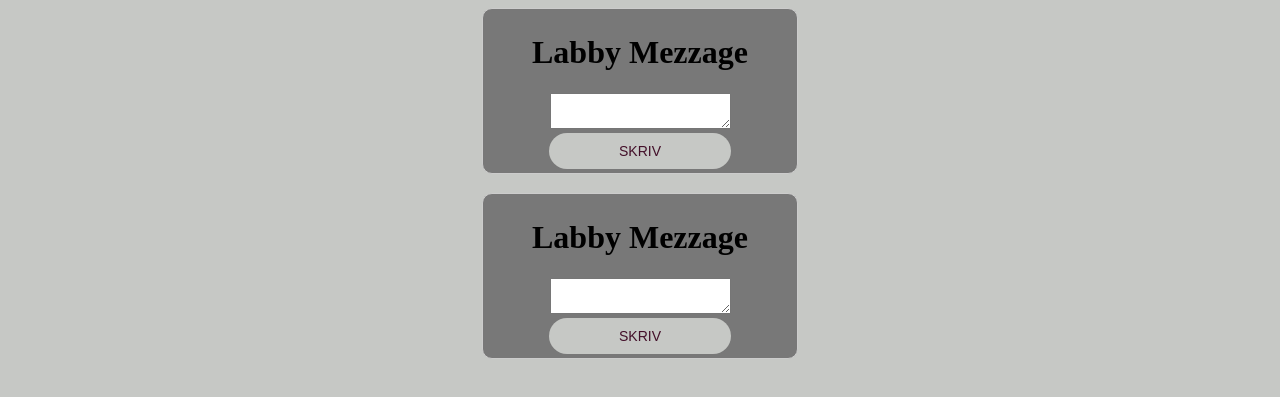
Repository: Angamanga/1dv403-laborationer
Page: 2-labbymezzage/index.html
The author's editor kept a record of every edit. The page is drawn from the files as they stood at one moment, then again after the next edit.
The browser window is 1280 px wide. The pictures show the whole page.
Some web fonts or font styles are not loaded; a fallback is used.

Above is the page before.

After the next edit:
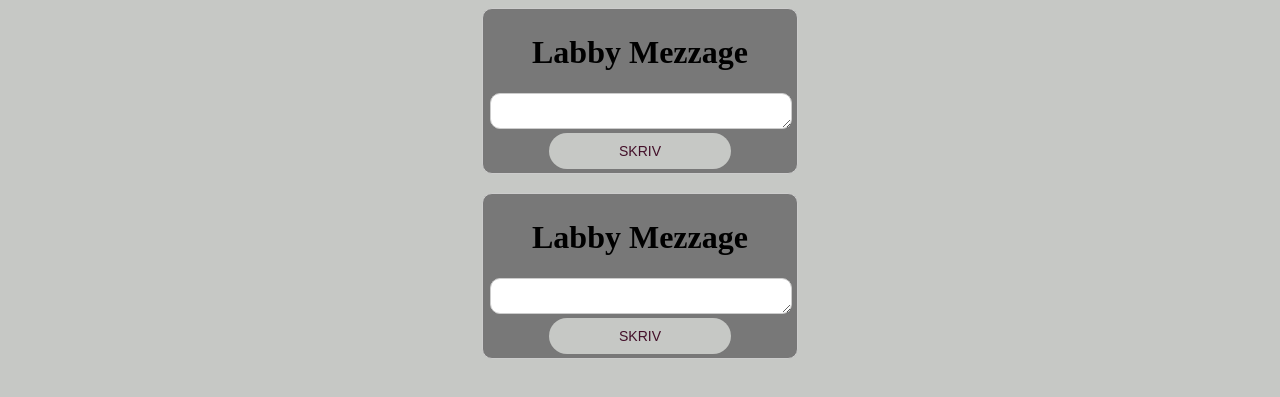
The edit:
--- a/2-labbymezzage/css/style.css
+++ b/2-labbymezzage/css/style.css
@@ -23,7 +23,7 @@
    font-family: 'Londrina Outline', cursive;
 }
 
-.messageInput {
+.messageInputboard1,.messageInputboard2 {
     width:290px;
     border: 1px solid #ccc;
     -moz-border-radius: 10px;
